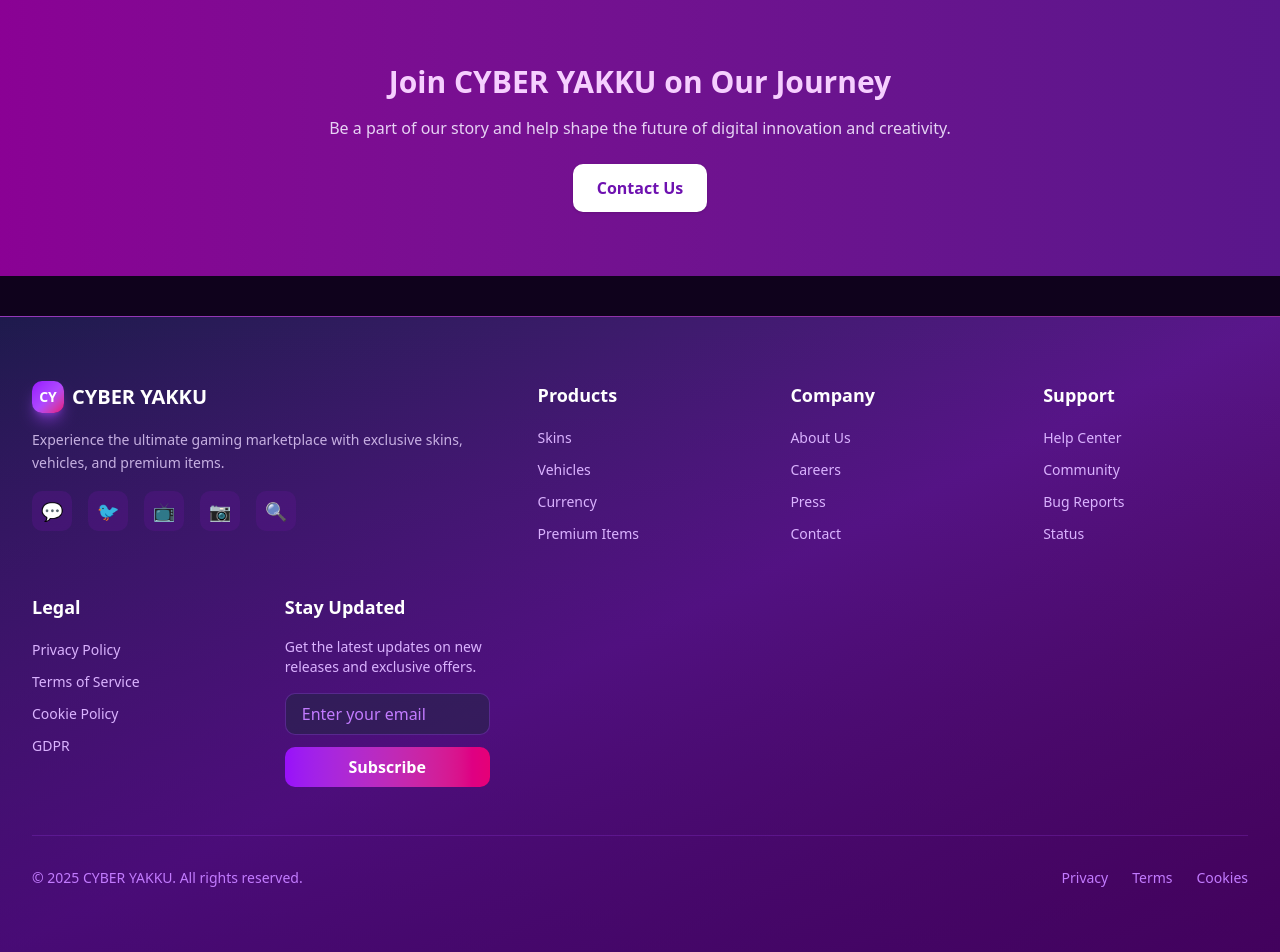
Repository: chamodya-hirusha/mta_sa_cyber_yakku_web
Page: /about
The author's editor kept a copy of each file at every save. The page is drawn from the files as they stood at one save, then again after the next save.
The browser window is 1280 px wide. The pictures show the part of the page from y = 1913 to 2865 px (the page is 2865 px tall).
The project was rebuilt for these pictures with package versions that can differ from the ones it lists, and the page was loaded fresh each time. The framework's server and built-in components were replaced by stand-ins that run in the browser. Also part of the build but not shown: next.config.mjs, components/header/layout/SideNavHeader.jsx, components/user/UserProfileSection.jsx, components/navigation/NavigationLinks.jsx, components/navigation/CollapsibleMenu.jsx, components/header/actions/themesdropdownbtn.jsx, components/navigation/AdditionalMenu.jsx, components/ui/dialog.jsx and 2 more.

Above is the page before, as saved 2025-10-20 11:22:19.

### app/layout.jsx
import { Geist, Geist_Mono } from "next/font/google";
import "./globals.css";
import Footer from "../components/footer/Footer";

const geistSans = Geist({
  variable: "--font-geist-sans",
  subsets: ["latin"],
});

const geistMono = Geist_Mono({
  variable: "--font-geist-mono",
  subsets: ["latin"],
});

export const metadata = {
  title: "Create Next App",
  description: "Generated by create next app",
};

export default function RootLayout({ children }) {
  return (
    <html lang="en" className="dark-theme">
      <body
        className={`${geistSans.variable} ${geistMono.variable} antialiased min-h-screen flex flex-col`}
      >
        <main className="flex-1">
          {children}
        </main>
        <Footer />
      </body>
    </html>
  );
}

### components/header/HeaderBar.jsx
'use client';
import React, { useState } from 'react';
import { useRouter } from "next/navigation";
import LogoSection from "./layout/LogoSection";
import DesktopNavigation from "./layout/DesktopNavigation";
import MobileActions from "./layout/MobileActions";

export default function HeaderBar({
  cartCount,
  onCartClick,
  onMenuClick,
  headerTabs,
  activeTab,
  setActiveTab,
  isLoggedIn,
  onLogout
}) {
  const [profileOpen, setProfileOpen] = useState(false);
  const router = useRouter();

  return (
    <header className="py-2 sm:py-3 fixed top-0 left-0 right-0 z-50 bg-black/40 backdrop-blur-xl border-b border-purple-500/20">
      <div className="px-4 sm:px-6 md:px-8 lg:px-10 xl:px-12 flex items-center justify-between">
        <LogoSection onMenuClick={onMenuClick} />

        <DesktopNavigation
          cartCount={cartCount}
          onCartClick={onCartClick}
          headerTabs={headerTabs}
          activeTab={activeTab}
          setActiveTab={setActiveTab}
          isLoggedIn={isLoggedIn}
          onLogout={onLogout}
          profileOpen={profileOpen}
          setProfileOpen={setProfileOpen}
          router={router}
        />

        <MobileActions
          cartCount={cartCount}
          onCartClick={onCartClick}
          router={router}
        />
      </div>
    </header>
  );
}

### app/about/components/HeroSection.jsx
import React from 'react';
import { heroData } from '../data/aboutData';

export default function HeroSection() {
  return (
    <section className="bg-gradient-to-rfrom-purple-700 via-purple-800 to-fuchsia-800 py-20">
      <div className="pt-20 mx-auto px-6 text-center">
        <h1 className="text-4xl md:text-6xl font-bold mb-4 text-white drop-shadow-md">
          {heroData.title.split(' ').slice(0, -2).join(' ')} <span className="text-fuchsia-300">{heroData.title.split(' ').slice(-2).join(' ')}</span>
        </h1>
        <p className="text-lg md:text-xl max-w-2xl mx-auto text-purple-100">
          {heroData.subtitle}
        </p>
      </div>
    </section>
  );
}

### app/about/components/MissionVisionSection.jsx
import React from 'react';
import { FaUsers, FaLightbulb, FaRocket } from 'react-icons/fa';
import { missionVisionData } from '../data/aboutData';

const iconMap = {
  FaLightbulb: FaLightbulb,
  FaRocket: FaRocket,
  FaUsers: FaUsers
};

export default function MissionVisionSection() {
  return (
    <section className="py-20 bg-[#150429]">
      <div className="container mx-auto px-6 grid md:grid-cols-3 gap-10 text-center">
        {missionVisionData.map((item, index) => {
          const IconComponent = iconMap[item.icon];
          return (
            <div key={index} className="bg-gradient-to-tr from-purple-900/60 to-fuchsia-700/50 backdrop-blur-md p-8 rounded-2xl shadow-lg border border-purple-700/40 hover:shadow-fuchsia-700/40 transition-all duration-300 hover:-translate-y-1">
              <IconComponent className="text-5xl text-fuchsia-400 mx-auto mb-4" />
              <h2 className="text-2xl font-semibold mb-2 text-fuchsia-200">
                {item.title}
              </h2>
              <p className="text-purple-100/90">
                {item.description}
              </p>
            </div>
          );
        })}
      </div>
    </section>
  );
}

### app/about/components/CompanyStorySection.jsx
import React from 'react';
import { companyStoryData } from '../data/aboutData';

export default function CompanyStorySection() {
  return (
    <section className="bg-gradient-to-b from-[#1a0633] to-[#0f021c] py-20">
      <div className="container mx-auto px-6 flex flex-col md:flex-row items-center gap-10">
        <div className="md:w-1/2">
          <img
            src={companyStoryData.image}
            alt="CYBER YAKKU Story"
            className="rounded-2xl shadow-[0_0_20px_rgba(168,85,247,0.5)] border border-purple-800"
          />
        </div>
        <div className="md:w-1/2">
          <h2 className="text-3xl font-bold mb-4 text-fuchsia-300">
            {companyStoryData.title}
          </h2>
          {companyStoryData.paragraphs.map((paragraph, index) => (
            <p key={index} className="mb-4 text-purple-100/90 leading-relaxed">
              {paragraph}
            </p>
          ))}
        </div>
      </div>
    </section>
  );
}

### app/about/components/TeamMembersSection.jsx
import React from 'react';
import { teamMembers } from '../data/aboutData';

export default function TeamMembersSection() {
  return (
    <section className="py-20 bg-[#150429]">
      <div className="container mx-auto px-6 text-center">
        <h2 className="text-4xl font-bold mb-10 text-fuchsia-300">
          Meet Our Team
        </h2>
        <div className="grid sm:grid-cols-2 md:grid-cols-3 lg:grid-cols-4 gap-8">
          {teamMembers.map((member, index) => (
            <div
              key={index}
              className="bg-gradient-to-b from-purple-900/60 to-fuchsia-800/40 backdrop-blur-md rounded-2xl p-6 border border-purple-700/50 shadow-lg hover:shadow-fuchsia-700/40 transition-all duration-300 hover:-translate-y-1"
            >
              <img
                src={member.img}
                alt={member.name}
                className="w-32 h-32 mx-auto rounded-full mb-4 object-cover ring-2 ring-fuchsia-400/60"
              />
              <h3 className="text-xl font-semibold text-fuchsia-200">
                {member.name}
              </h3>
              <p className="text-purple-300">{member.role}</p>
            </div>
          ))}
        </div>
      </div>
    </section>
  );
}

### app/about/components/CallToActionSection.jsx
import React from 'react';
import { callToActionData } from '../data/aboutData';

export default function CallToActionSection() {
  return (
    <section className="bg-gradient-to-r from-fuchsia-800 to-purple-900 py-16 text-center text-white">
      <h2 className="text-3xl font-bold mb-4 text-fuchsia-200">
        {callToActionData.title}
      </h2>
      <p className="mb-6 text-purple-100/90">
        {callToActionData.description}
      </p>
      <button className="bg-white text-purple-800 font-semibold px-6 py-3 rounded-lg shadow hover:bg-purple-100 transition">
        {callToActionData.buttonText}
      </button>
    </section>
  );
}

### components/footer/FooterSection.jsx
import Link from "next/link";

export default function FooterSection({ section }) {
  return (
    <div className="space-y-4">
      <h3 className="text-lg font-semibold text-white">{section.title}</h3>
      <ul className="space-y-2">
        {section.links.map((link, index) => (
          <li key={index}>
            <Link
              href={link.href}
              className="text-purple-300 hover:text-white transition-colors duration-200 text-sm"
            >
              {link.name}
            </Link>
          </li>
        ))}
      </ul>
    </div>
  );
}

### components/footer/SocialLinks.jsx
import Link from "next/link";

export default function SocialLinks({ socialLinks }) {
  return (
    <div className="flex space-x-4">
      {socialLinks.map((social, index) => (
        <Link
          key={index}
          href={social.href}
          target="_blank"
          rel="noopener noreferrer"
          className="w-10 h-10 bg-purple-900/40 hover:bg-purple-800/60 rounded-lg flex items-center justify-center text-purple-300 hover:text-white transition-all duration-200 hover:scale-110"
          aria-label={`Follow us on ${social.name}`}
        >
          <span className="text-lg">{social.icon}</span>
        </Link>
      ))}
    </div>
  );
}

### components/footer/Newsletter.jsx
"use client";

import { useState } from "react";

export default function Newsletter({ newsletter }) {
  const [email, setEmail] = useState("");

  const handleSubmit = (e) => {
    e.preventDefault();
    // Handle newsletter subscription
    console.log("Newsletter subscription:", email);
    setEmail("");
  };

  return (
    <div className="space-y-4">
      <h3 className="text-lg font-semibold text-white">{newsletter.title}</h3>
      <p className="text-purple-300 text-sm">{newsletter.description}</p>
      <form onSubmit={handleSubmit} className="space-y-3">
        <input
          type="email"
          value={email}
          onChange={(e) => setEmail(e.target.value)}
          placeholder={newsletter.placeholder}
          className="w-full px-4 py-2 bg-slate-800/50 border border-purple-500/30 rounded-lg text-white placeholder-purple-400 focus:outline-none focus:border-purple-400 focus:ring-1 focus:ring-purple-400"
          required
        />
        <button
          type="submit"
          className="w-full px-4 py-2 bg-gradient-to-r from-purple-600 to-pink-600 hover:from-purple-700 hover:to-pink-700 text-white font-semibold rounded-lg transition-all duration-200 hover:scale-105"
        >
          {newsletter.buttonText}
        </button>
      </form>
    </div>
  );
}

### components/header/layout/LogoSection.jsx
import Link from "next/link";
import Image from "next/image";
import { Menu } from 'lucide-react';
import { Button } from "../../ui/button";
import CYBER from '../../resources/Logo/CYBER_NEW.webp';

export default function LogoSection({ onMenuClick }) {
  return (
    <div className="flex items-center gap-3 sm:gap-4">
      <Button
        onClick={onMenuClick}
        aria-label="Open side navigation"
        className="mr-auto text-purple-400 hover:text-red-400 transition-colors touch-manipulation"
      >
        <Menu className="w-6 h-6" />
      </Button>
      <Link href="/" className="flex items-center">
        <div className="p-1 sm:p-2 bg-gr0adient-to-br  rounded-lg">
          <Image
            src={CYBER}
            alt="CYBER"
            width={190}
            height={70}
          />
        </div>
      </Link>
    </div>
  );
}

### components/header/layout/DesktopNavigation.jsx
import Nav from "../navigation/HeaderNav";
import SearchBar from "../../common/SearchBar";
import CartButton from "../actions/CartButton";
import ProfileButton from "../actions/ProfileButton";

export default function DesktopNavigation({
  cartCount,
  onCartClick,
  headerTabs,
  activeTab,
  setActiveTab,
  isLoggedIn,
  onLogout,
  profileOpen,
  setProfileOpen,
  router
}) {
  return (
    <div className="hidden md:flex items-center gap-4 lg:gap-6 xl:gap-8">
      {/* HeaderNav Tabs */}
      <div className='md:hidden xl:flex'>
        <Nav />
      </div>

      {/* Search Bar in the middle */}
      <SearchBar />

      {/* Right Side Icons */}
      <div className="flex items-center gap-4">
        <CartButton cartCount={cartCount} onCartClick={onCartClick} />
        <ProfileButton
          isLoggedIn={isLoggedIn}
          onLogout={onLogout}
          router={router}
          profileOpen={profileOpen}
          setProfileOpen={setProfileOpen}
        />
      </div>
    </div>
  );
}

### components/header/layout/MobileActions.jsx
import { motion } from 'framer-motion';
import { User } from 'lucide-react';
import CartButton from "../actions/CartButton";

export default function MobileActions({ cartCount, onCartClick, router }) {
  return (
    <div className="flex md:hidden items-center gap-3 sm:gap-4">
      <CartButton cartCount={cartCount} onCartClick={onCartClick} isMobile={true} />

      <motion.button
        onClick={() => {
          router.push('/profile');
        }}
        className="p-2 rounded-lg bg-gradient-to-br from-purple-500 to-red-500 hover:from-purple-600 hover:to-red-600 transition-all shadow-md shadow-purple-200/20 hover:shadow-purple-200/40 min-h-[44px] min-w-[44px] flex items-center justify-center touch-manipulation"
        whileHover={{ scale: 1.05 }}
        whileTap={{ scale: 0.95 }}
      >
        <User className="w-5 h-5 text-white" />
      </motion.button>
    </div>
  );
}

### components/ui/input.jsx
import * as React from "react"
import { cn } from "@/lib/utils"

function Input({ className, type, value, onChange, ...props }) {
  return (
    <input
      type={type}
      onChange={onChange}
      data-slot="input"
      className={cn(
        "file:text-foreground placeholder:text-muted-foreground selection:bg-primary selection:text-primary-foreground dark:bg-input/30 border-input h-9 w-full min-w-0 rounded-md border bg-transparent px-3 py-1 text-base shadow-xs transition-[color,box-shadow] outline-none file:inline-flex file:h-7 file:border-0 file:bg-transparent file:text-sm file:font-medium disabled:pointer-events-none disabled:cursor-not-allowed disabled:opacity-50 md:text-sm",
        "focus-visible:border-ring focus-visible:ring-ring/50 focus-visible:ring-[3px]",
        "aria-invalid:ring-destructive/20 dark:aria-invalid:ring-destructive/40 aria-invalid:border-destructive",
        className
      )}
      {...props}
    />
  );
}

export { Input }

### components/ui/button.jsx
import * as React from "react"
import { Slot } from "@radix-ui/react-slot"
import { cva } from "class-variance-authority";

import { cn } from "@/lib/utils"

const buttonVariants = cva(
  "inline-flex items-center justify-center gap-2 whitespace-nowrap rounded-md text-sm font-medium transition-all disabled:pointer-events-none disabled:opacity-50 [&_svg]:pointer-events-none [&_svg:not([class*='size-'])]:size-4 shrink-0 [&_svg]:shrink-0 outline-none focus-visible:border-ring focus-visible:ring-ring/50 focus-visible:ring-[3px] aria-invalid:ring-destructive/20 dark:aria-invalid:ring-destructive/40 aria-invalid:border-destructive",
  {
    variants: {
      variant: {
        default: "bg-primary text-primary-foreground hover:bg-primary/90",
        destructive:
          "bg-destructive text-white hover:bg-destructive/90 focus-visible:ring-destructive/20 dark:focus-visible:ring-destructive/40 dark:bg-destructive/60",
        outline:
          "border bg-background shadow-xs hover:bg-accent hover:text-accent-foreground dark:bg-input/30 dark:border-input dark:hover:bg-input/50",
        secondary:
          "bg-secondary text-secondary-foreground hover:bg-secondary/80",
        ghost:
          "hover:bg-accent hover:text-accent-foreground dark:hover:bg-accent/50",
        link: "text-primary underline-offset-4 hover:underline",
      },
      size: {
        default: "h-9 px-4 py-2 has-[>svg]:px-3",
        sm: "h-8 rounded-md gap-1.5 px-3 has-[>svg]:px-2.5",
        lg: "h-10 rounded-md px-6 has-[>svg]:px-4",
        icon: "size-9",
        "icon-sm": "size-8",
        "icon-lg": "size-10",
      },
    },
    defaultVariants: {
      variant: "default",
      size: "default",
    },
  }
)

function Button({
  className,
  variant,
  size,
  asChild = false,
  children,
  ...props
}) {
  const Comp = asChild ? Slot : "button"
return (
  <Comp
    data-slot="button"
    className={cn(buttonVariants({ variant, size, className }))}
    {...props}>
    {children}
  </Comp>
);
}

export { Button, buttonVariants }

### components/header/navigation/HeaderNav.jsx
"use client"
import Link from "next/link";
import { usePathname } from "next/navigation";
import { Button } from "../../ui/button";

const links = [
    {
        name: "home",
        path: "/"
    },
    {
        name: "about",
        path: "/about"
    },
    {
        name: "services",
        path: "/services"
    },
    {
        name: "contact",
        path: "/contact"
    },
    {
        name: "membership",
        path: "/membership"
    }
];

const Nav = () => {
    const pathname = usePathname();
    console.log(pathname);

    return (
        <nav className="flex gap-3">
            {links.map((link, index) => {
                const isActive = link.path === pathname;
                const isHomeActive = isActive && link.path === "/";

                return (
                    <Button
                        key={index}
                        asChild
                        variant={isActive ? "default" : "ghost"}
                        className={
                            isHomeActive
                                ? "bg-gradient-to-r from-purple-400  to-amber-600 text-black hover:from-amber-500 hover:to-amber-700"
                                : isActive
                                ? "bg-gradient-to-r from-purple-600 to-red-600 text-white"
                                : "text-white hover:text-purple300 hover:bg-purple-900/30"
                        }
                        aria-current={isActive ? "page" : undefined}
                    >
                        <Link href={link.path} className="capitalize">
                            {link.name}
                        </Link>
                    </Button>
                );
            })}
        </nav>
    );
};

export default Nav;

### components/common/SearchBar.jsx
"use client";

import * as React from "react";
import { Input } from "@/components/ui/input";
import { Search } from "lucide-react";
import { cn } from "@/lib/utils"; // shadcn cn utility (classNames merge)
export default function SearchBar({
  value = "",
  onChange,
  placeholder = "Search categories...",
  width = "350px",
  className,
  ...props
}) {
  const rootStyle =
    typeof width === "string" && width.startsWith("w-")
      ? width
      : undefined;

  return (
    <div
      className={cn(
        "flex items-center gap-2 rounded-xl px-4 py-2 shadow-inner transition-all duration-300 focus-within:shadow-[0_0_12px_rgba(168,85,247,0.5)]",
        "bg-muted/70 text-muted-foreground",
        "bg-[#1a0b2e]/80",
        "shadow-purple-700/30",
        rootStyle,
        className
      )}
      style={
        !rootStyle
          ?
            { width: typeof width === "number" ? `${width}px` : width }
          : undefined
      }
    >
      <Search className="text-purple-400" size={18} />
      <Input
        type="text"
        placeholder={placeholder}
        className="bg-transparent border-0 text-white placeholder:text-purple-400/60 focus:ring-0 focus-visible:ring-0 w-full p-0"
        value={value}
        onChange={onChange}
        {...props}
      />
    </div>
  );
}

### components/header/actions/CartButton.jsx
import { ShoppingCart } from 'lucide-react';
import { Button } from "../../ui/button";

export default function CartButton({ cartCount, onCartClick, isMobile = false }) {
  const baseClasses = "relative flex items-center gap-2 shadow-md shadow-purple-200/20 bg-gradient-to-r from-purple-600 to-red-600 hover:shadow-purple-200/40 hover:scale-105 transition-all";
  const mobileClasses = "px-3 py-2 min-h-[44px] touch-manipulation";
  const desktopClasses = "";

  return (
    <Button
      onClick={onCartClick}
      className={`${baseClasses} ${isMobile ? mobileClasses : desktopClasses}`}
    >
      <ShoppingCart className="w-5 h-5 text-white" />
      {cartCount > 0 && (
        <div className={`absolute bg-gradient-to-r from-red-500 to-pink-500 rounded-full flex items-center justify-center text-white text-xs font-bold ${isMobile ? '-top-1 -right-1 w-5 h-5' : '-top-2 -right-2 w-5 h-5'}`}>
          {cartCount}
        </div>
      )}
    </Button>
  );
}

### components/header/actions/ProfileButton.jsx
import { motion } from 'framer-motion';
import { User } from 'lucide-react';


export default function ProfileButton({ isLoggedIn, onLogout, router, profileOpen, setProfileOpen }) {
  return (
    <div className="relative">
      <motion.button
        onClick={() => {
          if (isLoggedIn) {
            setProfileOpen(!profileOpen);
          } else {
            router.push('/profile');
          }
        }}
        onMouseEnter={() => isLoggedIn && setProfileOpen(true)}
        onMouseLeave={() => setProfileOpen(false)}
        className="p-2 rounded-lg bg-gradient-to-br from-purple-500 to-red-500 hover:from-purple-600 hover:to-red-600 transition-all shadow-md shadow-purple-200/20 hover:shadow-purple-200/40"
        whileHover={{ scale: 1.05 }}
        whileTap={{ scale: 0.95 }}
      >
        <User className="w-5 h-5 text-white" />
      </motion.button>
    </div>
  );
}

Loaded but not shown: lib/navigationData.js (library); lib/utils.js (library); app/about/data/aboutData.js (44 lines, source omitted); lib/footerData.js (60 lines, source omitted); app/globals.css (332 lines, source omitted); components/ui/sheet.jsx (140 lines, source omitted); components/footer/Footer.jsx (67 lines, source omitted); components/sidebar/SideNav.jsx (76 lines, source omitted); app/about/page.jsx (70 lines, source omitted)

After the next save:
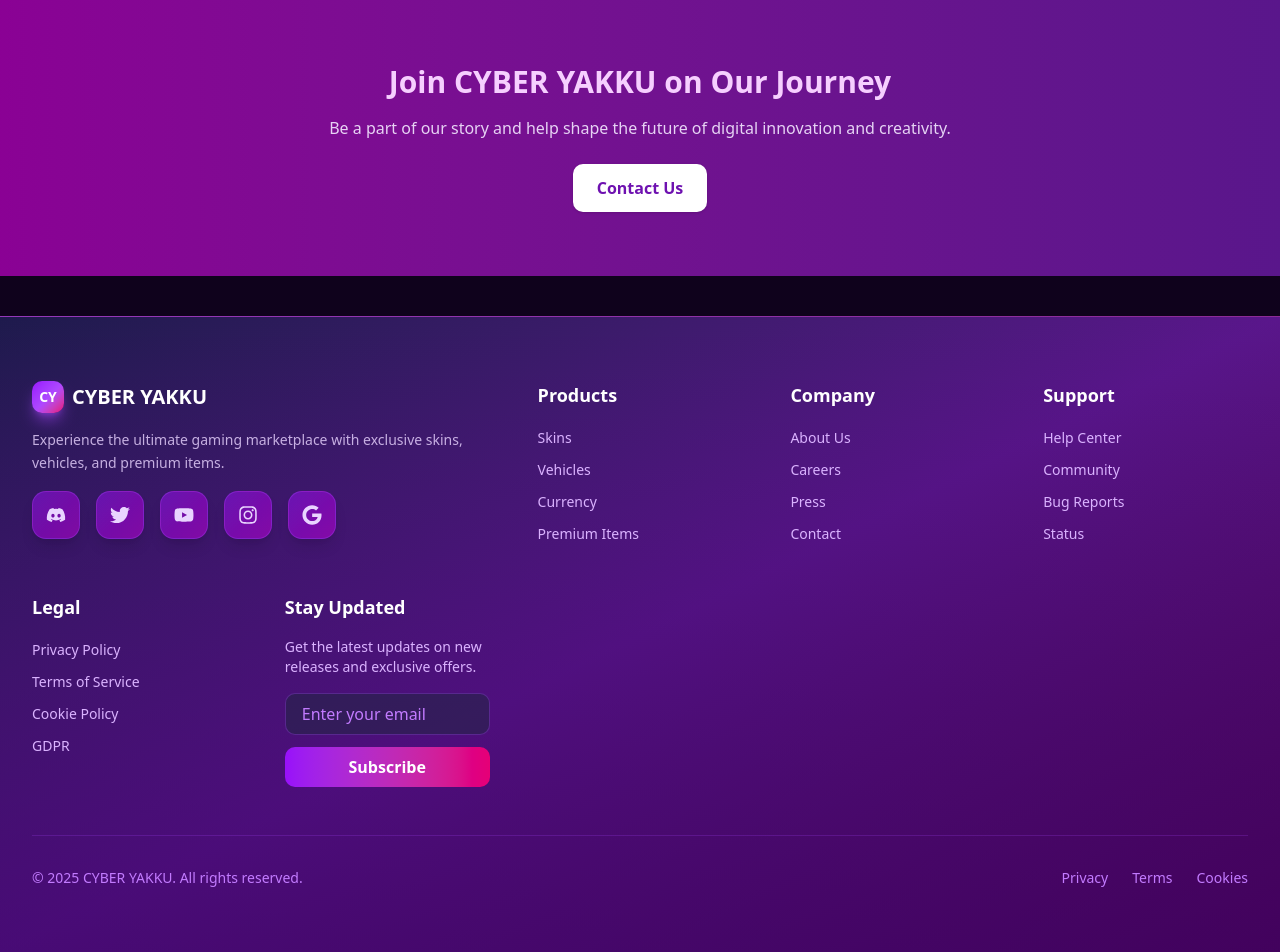
Saved 61 min 27 s later.
--- a/components/footer/SocialLinks.jsx
+++ b/components/footer/SocialLinks.jsx
@@ -1,20 +1,32 @@
 import Link from "next/link";
+import { FaDiscord, FaTwitter, FaYoutube, FaInstagram, FaGoogle } from "react-icons/fa";
+
+const iconMap = {
+  Discord: FaDiscord,
+  Twitter: FaTwitter,
+  YouTube: FaYoutube,
+  Instagram: FaInstagram,
+  Google: FaGoogle,
+};
 
 export default function SocialLinks({ socialLinks }) {
   return (
     <div className="flex space-x-4">
-      {socialLinks.map((social, index) => (
-        <Link
-          key={index}
-          href={social.href}
-          target="_blank"
-          rel="noopener noreferrer"
-          className="w-10 h-10 bg-purple-900/40 hover:bg-purple-800/60 rounded-lg flex items-center justify-center text-purple-300 hover:text-white transition-all duration-200 hover:scale-110"
-          aria-label={`Follow us on ${social.name}`}
-        >
-          <span className="text-lg">{social.icon}</span>
-        </Link>
-      ))}
+      {socialLinks.map((social, index) => {
+        const IconComponent = iconMap[social.name];
+        return (
+          <Link
+            key={index}
+            href={social.href}
+            target="_blank"
+            rel="noopener noreferrer"
+            className="w-12 h-12 bg-gradient-to-br from-purple-600/50 to-fuchsia-600/50 hover:from-purple-500/70 hover:to-fuchsia-500/70 rounded-xl flex items-center justify-center text-purple-200 hover:text-white transition-all duration-300 hover:scale-110 shadow-lg hover:shadow-purple-500/50 border border-purple-500/30 hover:border-purple-400/50"
+            aria-label={`Follow us on ${social.name}`}
+          >
+            {IconComponent && <IconComponent className="text-xl" />}
+          </Link>
+        );
+      })}
     </div>
   );
 }
